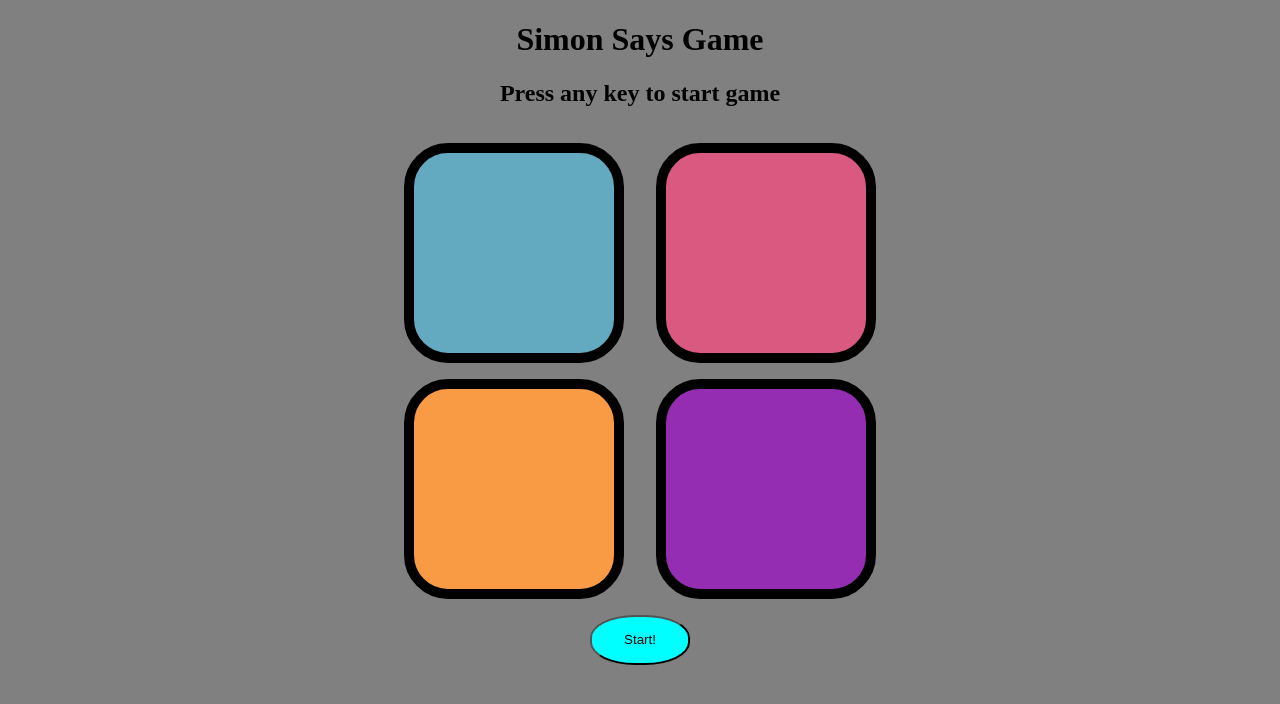
Repository: Ruchii02/javascript-mini-project
Page: index.html
These files come from the project's save history. The page is drawn as it stood at one moment and after a run of saves; the edit follows.
The browser window is 1280 px wide. The pictures show the whole page.

Above is the page before, as saved 2024-07-02 11:46:10.

After the next 2 saves:
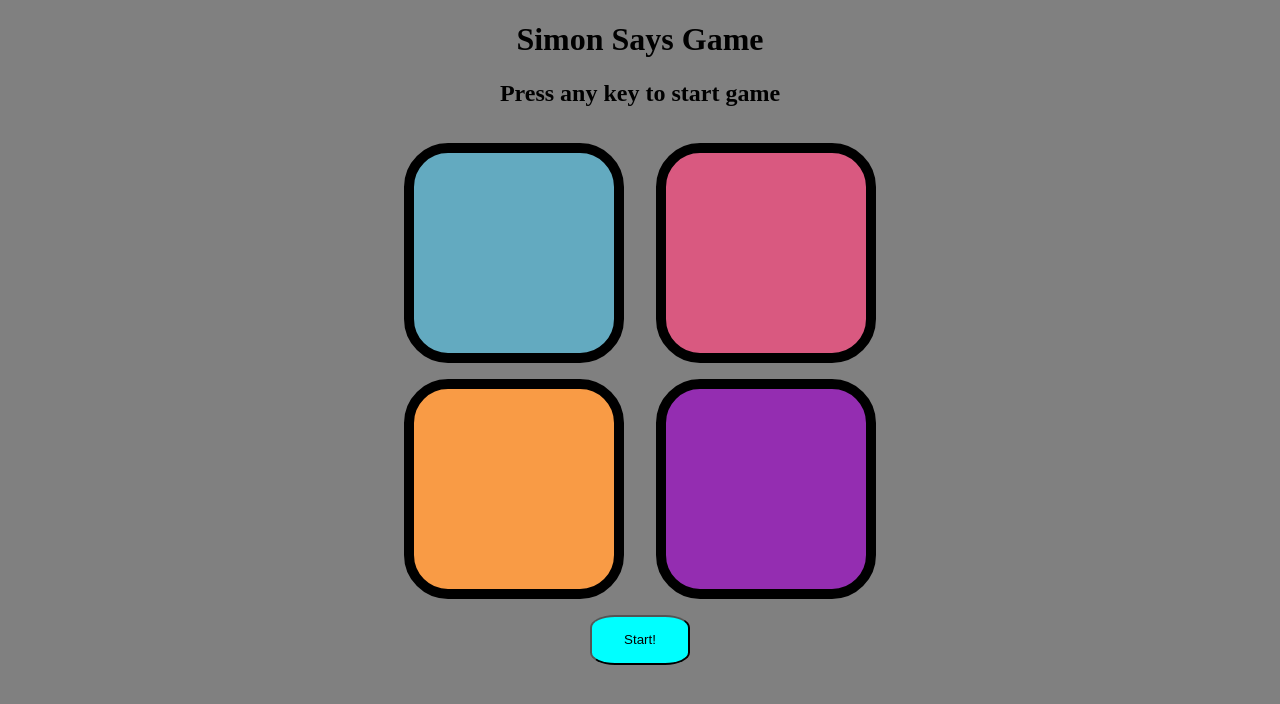
The 2 saves are shown as one change because they came seconds apart.
The last was saved 8 s later.
--- a/style.css
+++ b/style.css
@@ -13,7 +13,7 @@ body{
 .sbtn{
     height: 50px;
     width: 100px;
-    border-radius:45%;
+    border-radius:25%;
     background-color: aqua;
 }
 .btn-container{
